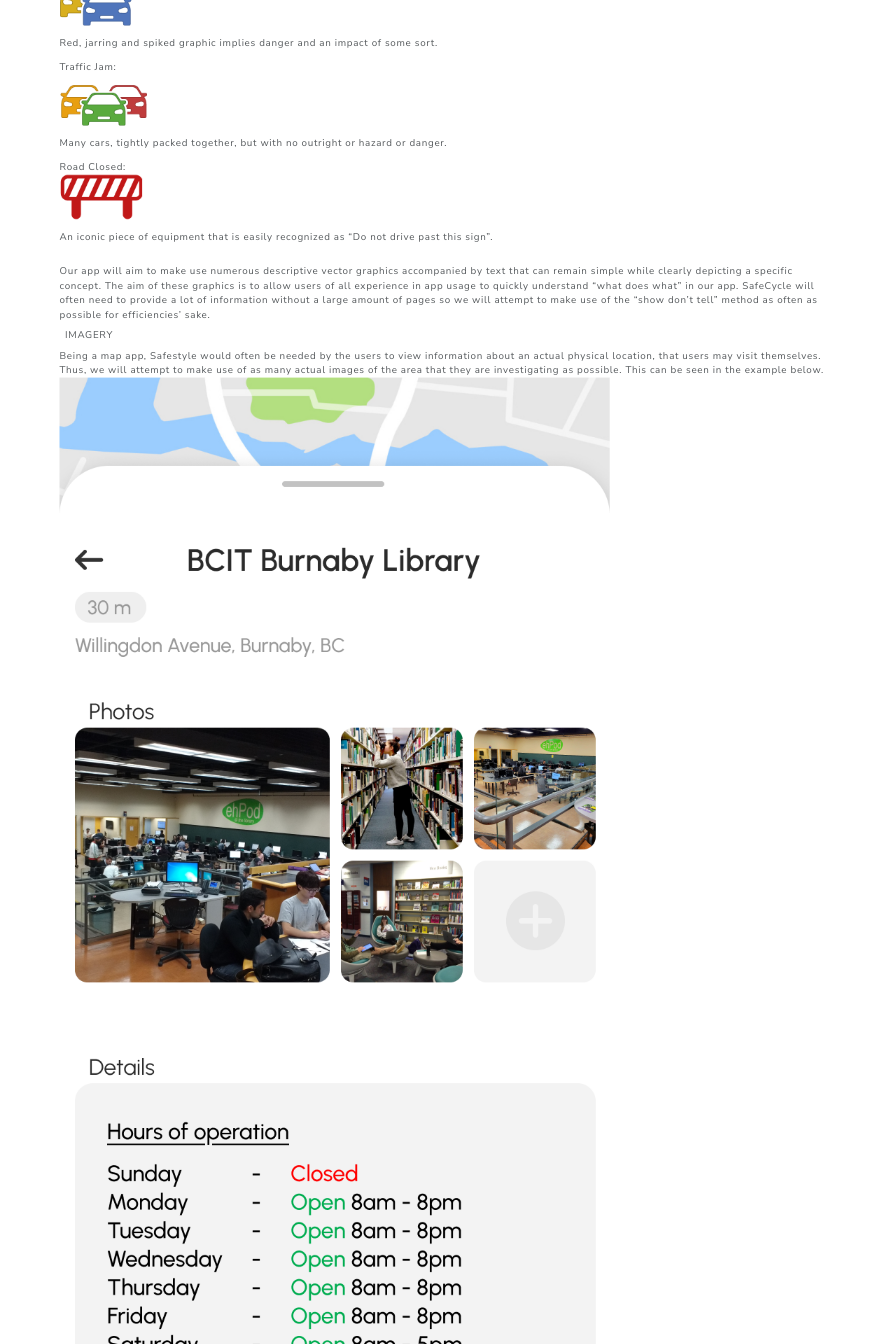
Repository: Aladdin3r/safecycle-styleguide
Page: /
An editor plug-in stored every save of this project. The page is shown before and after the next save, followed by the edit.
The browser window is 1280 px wide. The pictures show the part of the page from y = 3138 to 5058 px (the page is 5511 px tall before and 5525 px after), at 70% of full size.
The project was rebuilt for these pictures with package versions that can differ from the ones it lists, and the page was loaded fresh each time. The framework's server and built-in components were replaced by stand-ins that run in the browser. Also part of the build but not shown: next.config.mjs.

Above is the page before, as saved 2024-04-09 22:25:05.

After the next save:
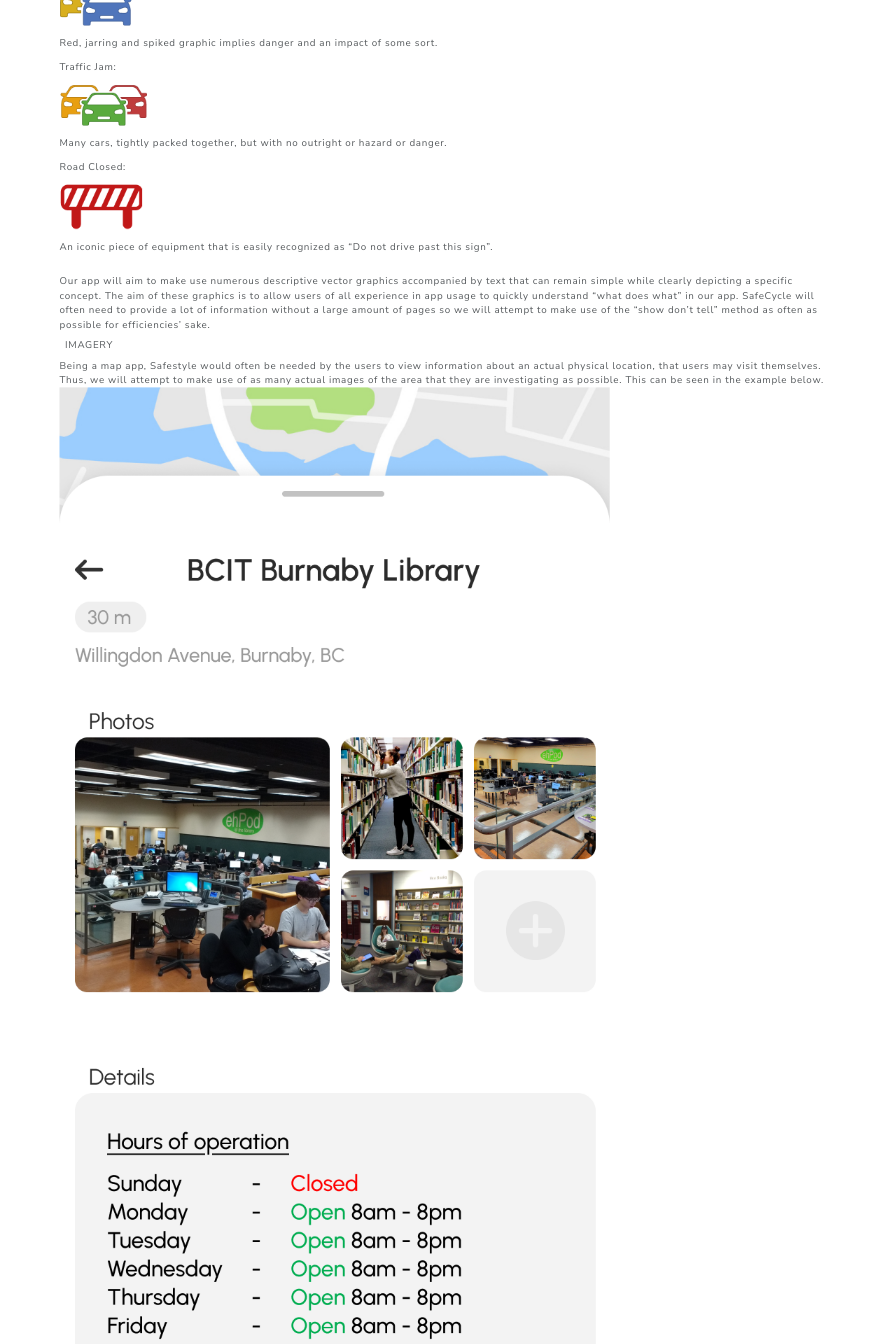
Saved 49 s later.
--- a/styles/Home.module.css
+++ b/styles/Home.module.css
@@ -79,3 +79,11 @@
 .graphicExpl{
   margin-top: 2em;
 }
+
+.traffic{
+  margin-top: 1em;
+}
+
+.RoadClosed{
+  margin-top: 1em;
+}
